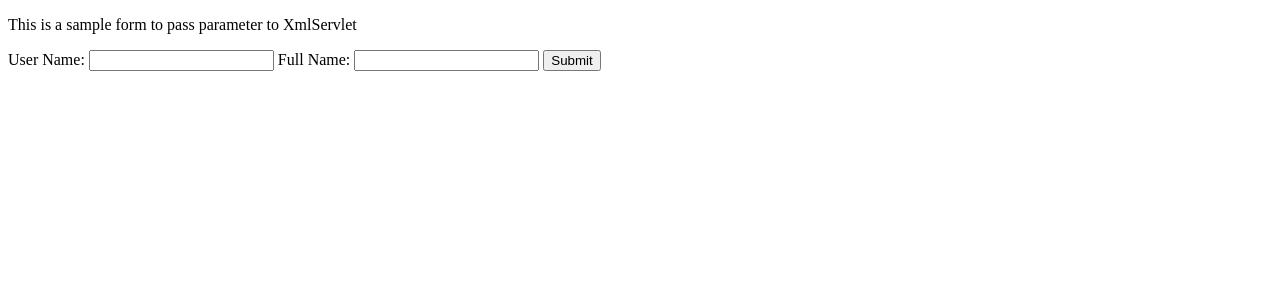
Repository: baijuachari/Servlet-JSPs
Page: SimpleServlet/WebContent/SampleForm.html
These files come from the project's save history. The page is drawn as it stood at one moment and after the next save; the edit follows.
The browser window is 1280 px wide. The pictures show the whole page.

Above is the page before, as saved 2016-07-10 20:46:03.

### SimpleServlet/WebContent/SampleForm.html
<!DOCTYPE html>
<html>
<head>
<meta charset="ISO-8859-1">
<title>Simple Form to pass parameter to servlet</title>
</head>
<body>
	<form method="post" action="xmlServletPath">
		<p>This is a sample form to pass parameter to XmlServlet</p>
		User Name: <input name="userName" />
		Full Name: <input name="fullName" />
		<input type="submit"/>
	</form>
</body>
</html>

After the next save:
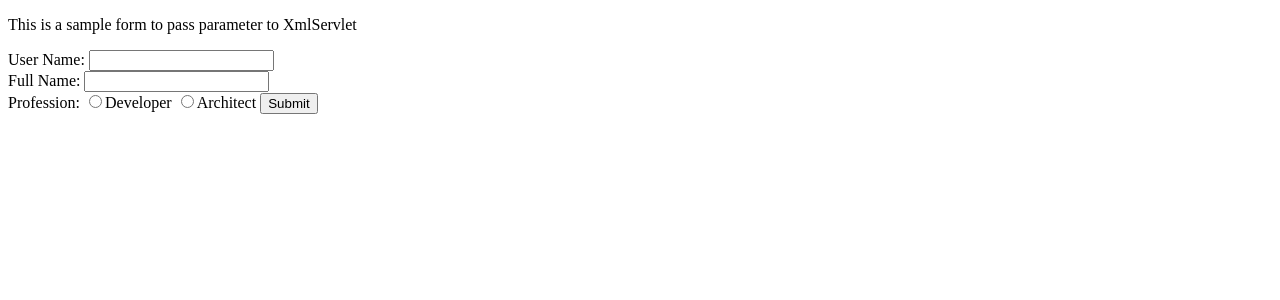
Saved 2 min 44 s later.
--- a/SimpleServlet/WebContent/SampleForm.html
+++ b/SimpleServlet/WebContent/SampleForm.html
@@ -8,7 +8,12 @@
 	<form method="post" action="xmlServletPath">
 		<p>This is a sample form to pass parameter to XmlServlet</p>
 		User Name: <input name="userName" />
+		<br>
 		Full Name: <input name="fullName" />
+		<br>
+		Profession:
+		<input type="radio" name="prof" value="Developer">Developer</input>
+		<input type="radio" name="prof" value="Architect">Architect</input>
 		<input type="submit"/>
 	</form>
 </body>
